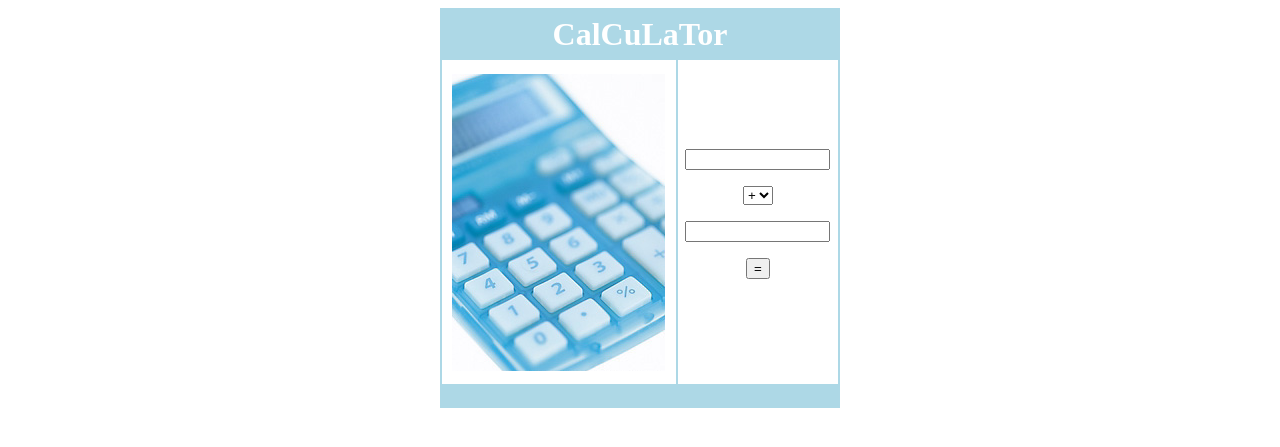
Repository: LeeHyeSu/JSP
Page: http://localhost/Practice32/calc.jsp
The author's editor kept a copy of each file at every save. The page is drawn from the files as they stood at one save, then again after the next save.
The browser window is 1280 px wide. The pictures show the whole page.
The page is served by Tomcat 9. Other server files are loaded and not shown.

Above is the page before, as saved 2017-11-24 08:36:19.

### Practice32/WebContent/calc.jsp
<%@ page language="java" contentType="text/html; charset=UTF-8"
    pageEncoding="UTF-8"%>
<!DOCTYPE html PUBLIC "-//W3C//DTD HTML 4.01 Transitional//EN" "http://www.w3.org/TR/html4/loose.dtd">
<html>
<head>
<meta http-equiv="Content-Type" content="text/html; charset=UTF-8">
<title>계산기 만들기</title>
</head>
<body>
<form method="post" action="calc_result.jsp" name="form1">
	<table width="400" height="400" border="1"
		bordercolor="lightblue" align="center" cellspacing="0">
		<tr height="50">
			<td colspan="2" bgcolor="lightblue" align="center">
			<b><font size="6" color="white">CalCuLaTor</font></b>
			</td>
		</tr>
		<tr align="center">
			<td><img src="images/cal.jpg"></td>
			<td>
				<input type="text" name="op1" size="15"><p>
				<select name="operator">
					<option selected>+</option>
					<option>-</option>
					<option>*</option>
					<option>/</option>
				</select><p>
				<input type="text" name="op2" size="15"><p>
				<input type="submit" value="=">
			</td>
		</tr>
		<tr height="20">
			<td colspan="2" bgcolor="lightblue">&nbsp;</td>
		</tr>
	</table>
</form>
</body>
</html>

After the next save:
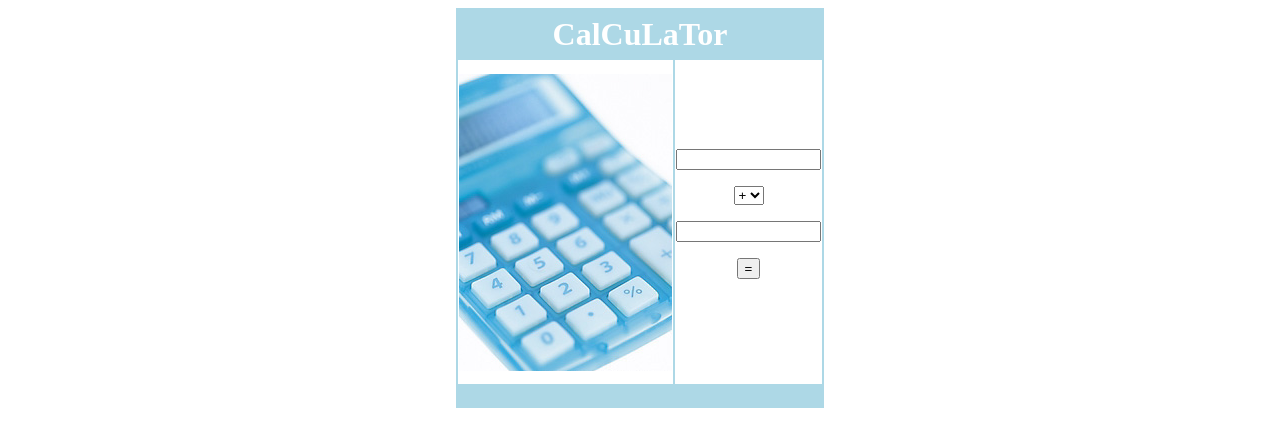
Saved 2 min 13 s later.
--- a/Practice32/WebContent/calc.jsp
+++ b/Practice32/WebContent/calc.jsp
@@ -8,7 +8,7 @@
 </head>
 <body>
 <form method="post" action="calc_result.jsp" name="form1">
-	<table width="400" height="400" border="1"
+	<table width="350" height="400" border="1"
 		bordercolor="lightblue" align="center" cellspacing="0">
 		<tr height="50">
 			<td colspan="2" bgcolor="lightblue" align="center">
